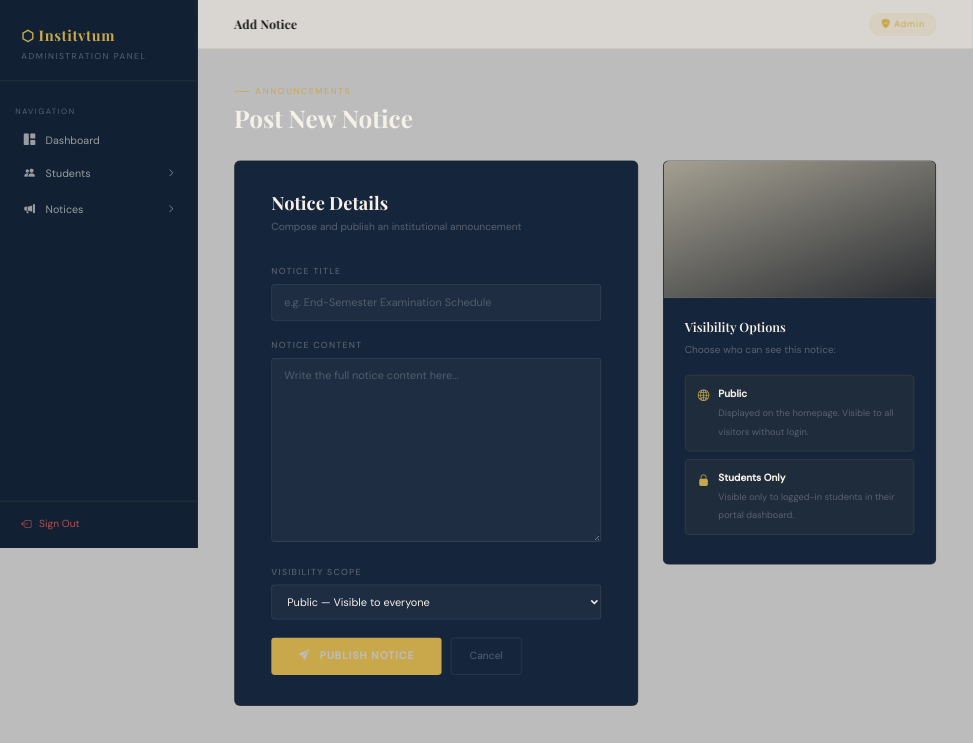
Repository: Yashaswini-penumarthi/x24262404-devops-project
Page: http://localhost/admin_panel/add_notice/
The author's editor kept a record of every edit. The page is drawn from the files as they stood at one moment, then again after the next edit.
The browser window is 1280 px wide. The pictures show the whole page, at 76% of full size.
Pictures or frames that could not be fetched are drawn as grey boxes. The page is served by the project's application, run on Django 4.2 (manage.py). Other server files are loaded and not shown. The page reads the database file committed with the project.

Above is the page before.

### templates/admin/admin_notice.html
{% extends 'admin/admin_base.html' %}

{% block title %}Admin — Add Notice{% endblock %}
{% block top_title %}Add Notice{% endblock %}

{% block body %}
<style>
  .add-page {
    display: grid;
    grid-template-columns: 1fr 360px;
    gap: 32px;
    align-items: start;
  }
  .info-aside {
    background: var(--panel);
    border: 1px solid var(--border);
    border-radius: 8px;
    overflow: hidden;
    position: sticky;
    top: 80px;
  }
  .aside-visual {
    width: 100%;
    height: 180px;
    background:
      linear-gradient(160deg, rgba(201,168,76,0.15), rgba(13,17,23,0.8)),
      url('https://images.unsplash.com/photo-1588681664899-f142ff2dc9b1?w=600&q=80') center/cover no-repeat;
  }
  .aside-body { padding: 28px; }
  .aside-body h3 {
    font-family: 'Playfair Display', serif;
    font-size: 1.05rem;
    font-weight: 600;
    color: var(--cream);
    margin-bottom: 10px;
  }
  .aside-body p { font-size: 0.83rem; color: var(--muted); line-height: 1.7; margin-bottom: 20px; }
  .scope-card {
    background: rgba(201,168,76,0.06);
    border: 1px solid rgba(201,168,76,0.15);
    border-radius: 6px;
    padding: 14px 16px;
    margin-bottom: 10px;
    display: flex;
    gap: 12px;
    align-items: flex-start;
  }
  .scope-card i { color: var(--gold); font-size: 0.95rem; margin-top: 2px; }
  .scope-card strong { display: block; font-size: 0.82rem; color: var(--cream); margin-bottom: 3px; }
  .scope-card span { font-size: 0.76rem; color: var(--muted); line-height: 1.5; }
</style>

<div class="page-heading">
  <div class="eyebrow">Announcements</div>
  <h1>Post New Notice</h1>
</div>

<div class="add-page">
  <!-- FORM -->
  <div class="form-section">
    <h2>Notice Details</h2>
    <p class="subtitle">Compose and publish an institutional announcement</p>

    <form action="{% url 'add_notice' %}" method="post">
      {% csrf_token %}

      <div class="field-group">
        <label class="field-label">Notice Title</label>
        <input type="text" name="notice_title" class="field-input" placeholder="e.g. End-Semester Examination Schedule" required>
      </div>

      <div class="field-group">
        <label class="field-label">Notice Content</label>
        <textarea name="notice_content" class="field-input" rows="10" placeholder="Write the full notice content here..." required></textarea>
      </div>

      <div class="field-group">
        <label class="field-label">Visibility Scope</label>
        <select name="notice_status" class="field-input">
          <option value="True">Public — Visible to everyone</option>
          <option value="False">Students Only — Visible after login</option>
        </select>
      </div>


      <div style="display:flex;gap:12px;margin-top:12px;">
        <button type="submit" class="btn-submit">
          <i class="bi bi-send-fill" style="margin-right:8px;"></i> Publish Notice
        </button>
        <a href="{% url 'manage_notices' %}" style="display:inline-flex;align-items:center;gap:8px;padding:13px 24px;border:1px solid rgba(255,255,255,0.1);border-radius:4px;color:var(--muted);font-size:0.85rem;text-decoration:none;" onmouseover="this.style.color='var(--cream)'" onmouseout="this.style.color='var(--muted)'">Cancel</a>
      </div>
    </form>
  </div>

  <!-- ASIDE -->
  <div class="info-aside">
    <div class="aside-visual"></div>
    <div class="aside-body">
      <h3>Visibility Options</h3>
      <p>Choose who can see this notice:</p>
      <div class="scope-card">
        <i class="bi bi-globe2"></i>
        <div>
          <strong>Public</strong>
          <span>Displayed on the homepage. Visible to all visitors without login.</span>
        </div>
      </div>
      <div class="scope-card">
        <i class="bi bi-lock-fill"></i>
        <div>
          <strong>Students Only</strong>
          <span>Visible only to logged-in students in their portal dashboard.</span>
        </div>
      </div>
    </div>
  </div>
</div>
{% endblock %}

### main/views.py
"""Views for the main Django application."""

# pylint: disable=no-member,invalid-name,redefined-builtin,too-many-locals,unused-variable,unused-argument

from django.shortcuts import render, redirect
from .models import AboutPage, ContactPage, Student, Notice, Teacher
from .forms import StudentLoginForm


def home(request):
    """Render home page with public notices."""
    publicNotices = Notice.objects.filter(isPublic=True)
    data = {"public_notices": publicNotices}
    return render(request, 'home.html', data)


def about(request):
    """Render about page."""
    about_text = AboutPage.objects.all()
    data = {"aboutDetails": about_text}
    return render(request, 'about.html', data)


def contact(request):
    """Render contact page."""
    contact_text = ContactPage.objects.all()
    data = {"contactDetails": contact_text}
    return render(request, 'contact.html', data)


def adminPanel(request):
    """Admin dashboard."""
    if 'admin_user' in request.session:
        all_students = Student.objects.all()
        all_teachers = Teacher.objects.all()
        data = {'students': all_students, 'teachers': all_teachers}
        return render(request, 'admin/admin_panel.html', data)
    return redirect('admin_login')


def adminLogin(request):
    """Admin login."""
    if request.method == 'POST':
        admin_email = request.POST['email']
        admin_pwd = request.POST['pwd']

        if admin_email == "admin@gmail.com" and admin_pwd == "admin@123":
            request.session['admin_user'] = admin_email
            return redirect('admin_panel')
        return redirect('admin_login')

    return render(request, 'admin/admin_login.html')


def adminLogout(request):
    """Admin logout."""
    request.session.pop('admin_user', None)
    return redirect('admin_login')


def adminAbout(request):
    """Admin about page."""
    about_details = AboutPage.objects.all()
    data = {"aboutDetails": about_details}
    return render(request, 'admin/admin_about.html', data)


def updateAbout(request, id):
    """Update about page content."""
    if request.method == 'POST':
        aboutText = request.POST['text']
        about_obj = AboutPage.objects.get(id=id)
        about_obj.about = aboutText
        about_obj.save()
    return redirect('admin_about')


def adminContact(request):
    """Admin contact page."""
    contact_details = ContactPage.objects.all()
    data = {"contactDetails": contact_details}
    return render(request, 'admin/admin_contact.html', data)


def updateContact(request, id):
    """Update contact page."""
    if request.method == 'POST':
        contactAddress = request.POST['address']
        contactEmail = request.POST['email']
        contactNumber = request.POST['contact']
        contact_obj = ContactPage.objects.get(id=id)
        contact_obj.address = contactAddress
        contact_obj.email = contactEmail
        contact_obj.contact_num = contactNumber
        contact_obj.save()
    return redirect('admin_contact')


def addStudent(request):
    """Add new student."""
    if request.method == 'POST':
        fullName = request.POST['full_name']
        fatherName = request.POST['f_name']
        motherName = request.POST['m_name']
        gender = request.POST['gender']
        address = request.POST['address']
        city = request.POST['city']
        stuEmail = request.POST['stu_email']
        contactNum = request.POST['contact_number']
        dob = request.POST['dob']
        course = request.POST['course']
        studentId = request.POST['stu_id']
        studentUserName = request.POST['stu_user_name']
        studentPassword = request.POST['stu_pwd']

        add_student = Student.objects.create(
            full_name=fullName,
            father_name=fatherName,
            mother_name=motherName,
            gender=gender,
            address=address,
            city=city,
            email=stuEmail,
            contact_num=contactNum,
            date_of_birth=dob,
            course=course,
            stu_id=studentId,
            user_name=studentUserName,
            password=studentPassword
        )

        add_student.save()
    return render(request, 'admin/new_student.html')


def manageStudent(request):
    """Manage students."""
    all_students = Student.objects.all()
    data = {"students": all_students}
    return render(request, 'admin/manage_students.html', data)


def updateStudent(request, id):
    """Update student details."""
    if request.method == 'POST':
        student_obj = Student.objects.get(id=id)

        fullName = request.POST['full_name']
        fatherName = request.POST['f_name']
        motherName = request.POST['m_name']
        gender = request.POST['gender']
        address = request.POST['address']
        city = request.POST['city']
        stuEmail = request.POST['stu_email']
        contactNum = request.POST['contact_number']
        dob = request.POST['dob'] or student_obj.date_of_birth
        course = request.POST['course'] or student_obj.course
        studentId = request.POST['stu_id']
        studentUserName = request.POST['stu_user_name']
        studentPassword = request.POST['stu_pwd']

        student_obj.full_name = fullName
        student_obj.father_name = fatherName
        student_obj.mother_name = motherName
        student_obj.gender = gender
        student_obj.address = address
        student_obj.city = city
        student_obj.email = stuEmail
        student_obj.contact_num = contactNum
        student_obj.date_of_birth = dob
        student_obj.course = course
        student_obj.stu_id = studentId
        student_obj.user_name = studentUserName
        student_obj.password = studentPassword

        student_obj.save()
    return redirect('manage_students')


def deleteStudent(request, id):
    """Delete student."""
    if 'admin_user' in request.session:
        stu_obj = Student.objects.get(id=id)
        stu_obj.delete()
    return redirect('manage_students')


# def addNotice(request):
#     courses = Student.objects.values_list('course', flat=True).distinct()

#     if request.method == 'POST':
#         noticeTitle = request.POST['notice_title']
#         noticeContent = request.POST['notice_content']
#         isPublic = request.POST['notice_status'] == "True"
#         course = request.POST.get('course')

#         Notice.objects.create(
#             title=noticeTitle,
#             content=noticeContent,
#             isPublic=isPublic,
#             course=course
#         )

#     return render(request, "admin/admin_notice.html", {"courses": courses})

from django.core.mail import send_mail
from django.conf import settings

def addNotice(request):
    courses = Student.objects.values_list('course', flat=True).distinct()

    if request.method == 'POST':
        noticeTitle = request.POST['notice_title']
        noticeContent = request.POST['notice_content']
        isPublic = request.POST['notice_status'] == "True"
        course = request.POST.get('course')

        # Save notice
        notice = Notice.objects.create(
            title=noticeTitle,
            content=noticeContent,
            isPublic=isPublic,
            course=course
        )

        # Fetch students based on course
        if isPublic:
            students = Student.objects.all()
        else:
            students = Student.objects.filter(course=course)

        # Extract emails
        email_list = list(students.values_list('email', flat=True))

        # Send email
        if email_list:
            send_mail(
                subject=f"New Notice: {noticeTitle}",
                message=noticeContent,
                from_email=settings.EMAIL_HOST_USER,
                recipient_list=email_list,
                fail_silently=False,
            )

    return render(request, "admin/admin_notice.html", {"courses": courses})



def manageNotices(request):
    all_notices = Notice.objects.all()
    courses = Student.objects.values_list('course', flat=True).distinct()

    return render(request, 'admin/manage_notices.html', {
        'notices': all_notices,
        'courses': courses
    })


def deleteNotice(request, id):
    """Delete notice."""
    if 'admin_user' in request.session:
        notice_obj = Notice.objects.get(id=id)
        notice_obj.delete()
    return redirect('manage_notices')


# def updateNotice(request, id):
#     """Update notice."""
#     if request.method == 'POST':
#         title = request.POST['title']
#         content = request.POST['content']
#         status = request.POST['status']

#         notice_obj = Notice.objects.get(id=id)
#         notice_obj.title = title
#         notice_obj.content = content
#         notice_obj.isPublic = status

#         notice_obj.save()
#     return redirect('manage_notices')


def updateNotice(request, id):
    if request.method == 'POST':
        notice_obj = Notice.objects.get(id=id)

        notice_obj.title = request.POST['title']
        notice_obj.content = request.POST['content']
        notice_obj.isPublic = request.POST['status'] == "True"
        notice_obj.course = request.POST.get('course')

        notice_obj.save()

    return redirect('manage_notices')

def addTeacher(request):
    """Add teacher."""
    if request.method == 'POST':
        full_name = request.POST['full_name']
        gender = request.POST['gender']
        email = request.POST['email']
        contact_num = request.POST['contact_number']
        qualification = request.POST['qualification']

        add_teacher = Teacher.objects.create(
            full_name=full_name,
            gender=gender,
            email=email,
            contact_num=contact_num,
            qualification=qualification
        )
        add_teacher.save()
    return render(request, 'admin/add_teacher.html')


def manageTeachers(request):
    """Manage teachers."""
    all_teachers = Teacher.objects.all()
    data = {"teachers": all_teachers}
    return render(request, 'admin/manage_teachers.html', data)


def deleteTeacher(request, id):
    """Delete teacher."""
    teacher_obj = Teacher.objects.get(id=id)
    teacher_obj.delete()
    return redirect('manage_teachers')


def studentLogin(request):
    """Student login."""
    if 'student_user' in request.session:
        return redirect('student_dashboard')

    form = StudentLoginForm()

    if request.method == "POST":
        form = StudentLoginForm(request.POST)

        if form.is_valid():
            user_name = form.cleaned_data['userName']
            student_pwd = form.cleaned_data['stuPwd']

            stu_exists = Student.objects.filter(
                user_name=user_name,
                password=student_pwd
            ).exists()

            if stu_exists:
                request.session['student_user'] = user_name
                return redirect('student_dashboard')

            form.add_error(None, "Invalid username or password")

    return render(request, 'student/student_login.html', {'form': form})


def studentDashboard(request):
    """Student dashboard."""
    if 'student_user' in request.session:
        student_in_session = Student.objects.get(
            user_name=request.session['student_user']
        )
        data = {"student": student_in_session}
        return render(request, 'student/student_dashboard.html', data)

    return redirect('student_login')


def studentLogout(request):
    """Student logout."""
    request.session.pop('student_user', None)
    return redirect('student_login')


def updateFaculty(request, id):
    """Update faculty."""
    if request.method == 'POST':
        full_name = request.POST['full_name']
        email = request.POST['email']
        contactNumber = request.POST['contact_number']
        gender = request.POST['gender']
        qualification = request.POST['qualification']

        teacher_obj = Teacher.objects.get(id=id)
        teacher_obj.full_name = full_name
        teacher_obj.email = email
        teacher_obj.contact_num = contactNumber
        teacher_obj.gender = gender
        teacher_obj.qualification = qualification
        teacher_obj.save()
    return redirect('manage_teachers')


# def viewNotices(request):
#     """Student view notices."""
#     if 'student_user' in request.session:
#         student_notice = Notice.objects.filter(isPublic=False)
#         data = {"notices": student_notice}
#         return render(request, 'student/view_notices.html', data)

#     return redirect('student_login')


from django.db.models import Q

def viewNotices(request):
    """Student view notices."""
    if 'student_user' in request.session:
        student = Student.objects.get(user_name=request.session['student_user'])

        student_notice = Notice.objects.filter(
            Q(isPublic=True) | Q(course=student.course)
        )

        data = {"notices": student_notice}
        return render(request, 'student/view_notices.html', data)

    return redirect('student_login')


def studentSettings(request):
    """Student settings"""
    if 'student_user' in request.session:
        student_obj = Student.objects.get(
            user_name=request.session['student_user']
        )
        data = {'student': student_obj}

        if request.method == 'POST':
            currentPwd = request.POST['current_pwd']
            new_pwd = request.POST['new_pwd']
            student_obj.password = new_pwd
            student_obj.save()
            return redirect('student_dashboard')

        return render(request, "student/student_settings.html", data)

    return redirect('student_login')

### notice/urls.py
from django.contrib import admin
from django.urls import path, include

urlpatterns = [
    path('admin/', admin.site.urls),
    path('', include('main.urls'))
]

### main/urls.py
from django.urls import path
from . import views

urlpatterns = [
    path('', views.home, name="home"),
    path('about/', views.about, name="about"),
    path('contact/', views.contact, name="contact"),
    path('admin_panel/dashboard', views.adminPanel, name="admin_panel"),
    path('admin_panel/login/', views.adminLogin, name="admin_login"),
    path('admin_panel/logout/', views.adminLogout, name="admin_logout"),
    path('student/login/', views.studentLogin, name="student_login"),
    path('admin_panel/add_student/', views.addStudent, name="add_student"),
    path('admin_panel/about/', views.adminAbout, name="admin_about"),
    path('admin_panel/update_about/<str:id>/', views.updateAbout, name="update_about"),
    path('admin_panel/contact/', views.adminContact, name="admin_contact"),
    path('admin_panel/update_contact/<str:id>/', views.updateContact, name="update_contact"),
    path('admin_panel/manage_students/', views.manageStudent, name="manage_students"),
    path('admin_panel/update_student/<str:id>/', views.updateStudent, name="update_student"),
    path('admin_panel/delete_student/<str:id>/', views.deleteStudent, name="delete_student"),
    path('admin_panel/add_notice/', views.addNotice, name="add_notice"),
    path('admin_panel/manage_notices/', views.manageNotices, name="manage_notices"),
    path('admin_panel/delete_notice/<str:id>/', views.deleteNotice, name="delete_notice"),
    path('admin_panel/update_notice/<str:id>/', views.updateNotice, name="update_notice"),
    path('admin_panel/add_teacher/', views.addTeacher, name="add_teacher"),
    path('admin_panel/manage_teacher/', views.manageTeachers, name="manage_teachers"),
    path('admin_panel/delete_teacher/<str:id>/', views.deleteTeacher, name="delete_teacher"),
    path('student/dashboard/', views.studentDashboard, name="student_dashboard"),
    path('student/logout/', views.studentLogout, name="student_logout"),
    path('student/update_teacher/<str:id>/', views.updateFaculty, name="update_teacher"),
    path('student/view_notices/', views.viewNotices, name="view_notices"),
    path('student/student_settings/', views.studentSettings, name="student_settings")
]

### db.sqlite3 (the tables this page reads, as SQL)
CREATE TABLE "main_student" ("id" integer NOT NULL PRIMARY KEY AUTOINCREMENT, "full_name" varchar(100) NOT NULL, "address" varchar(100) NOT NULL, "city" varchar(50) NOT NULL, "contact_num" integer NOT NULL, "course" varchar(50) NOT NULL, "date_of_birth" date NOT NULL, "email" varchar(254) NOT NULL, "father_name" varchar(100) NOT NULL, "mother_name" varchar(100) NOT NULL, "password" varchar(100) NOT NULL, "stu_id" varchar(50) NOT NULL, "user_name" varchar(50) NOT NULL, "gender" varchar(50) NOT NULL);
INSERT INTO "main_student" VALUES
(10, 'max', 'sector 8', 'dublin', 3625147485, 'MBA', '2004-02-09', 'siddheshb676@gmail.com', 'sam', 'tina', 'max@123', '8547854785', 'max', 'Male'),
(11, 'sid', 'dublin', 'dublin', 3698523652, 'BTECH', '2001-09-22', 'student@gmail.com', 'john', 'maria', 'test@123', '123458596', 'sid', 'Male'),
(12, 'student', 'dublin', 'dublin', 5214521236, 'MBA', '2000-01-01', 'projectmail2425@gmail.com', 'test', 'test', 'student@123', '1254125632', 'student', 'Female');

Loaded but not shown: templates/admin/admin_base.html (442 lines, source omitted)

After the next edit:
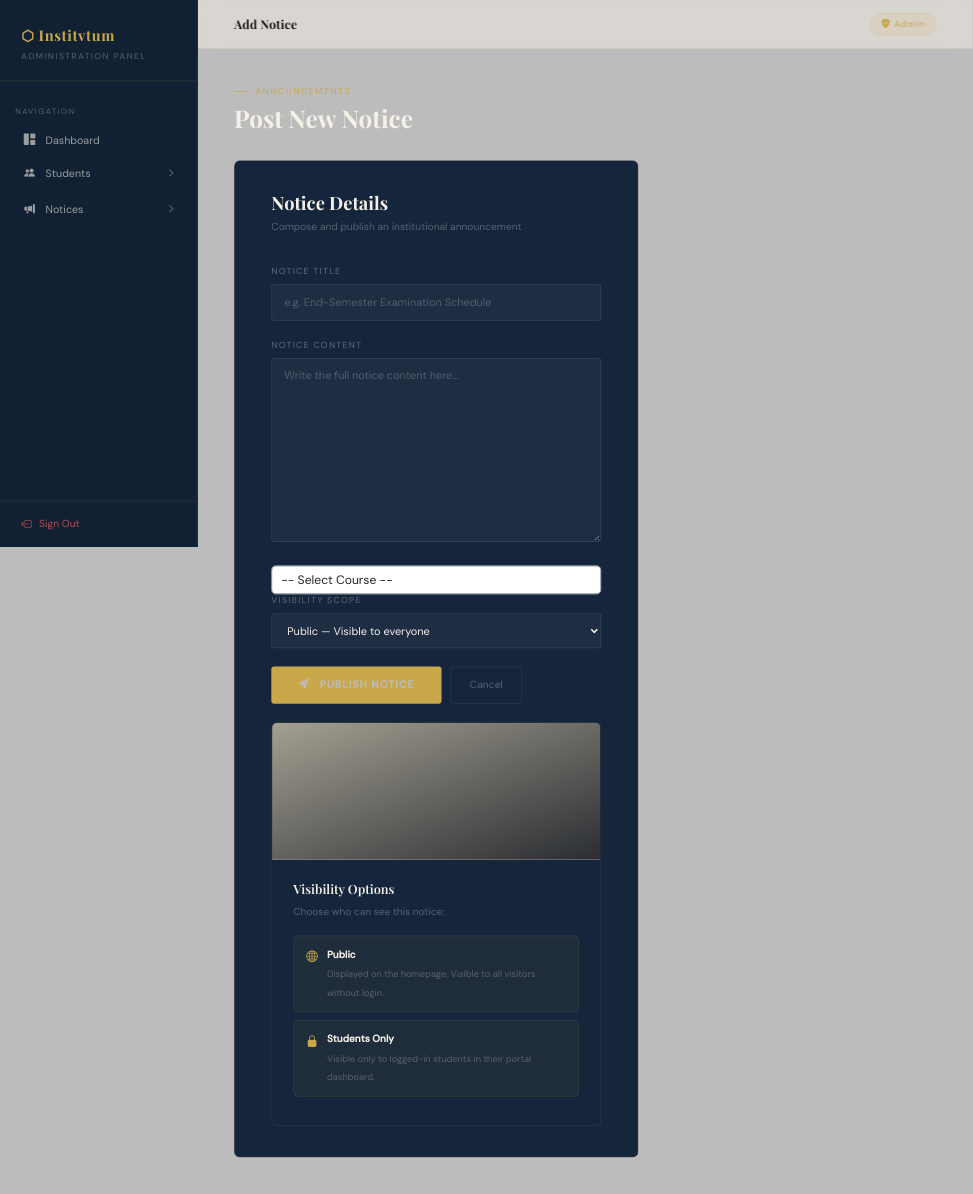
The edit:
--- a/templates/admin/admin_notice.html
+++ b/templates/admin/admin_notice.html
@@ -75,6 +75,14 @@
       </div>
 
       <div class="field-group">
+      <select name="course" class="form-control">
+          <option value="">-- Select Course --</option>
+          {% for course in courses %}
+              <option value="{{ course }}">{{ course }}</option>
+          {% endfor %}
+      </select>
+
+      <div class="field-group">
         <label class="field-label">Visibility Scope</label>
         <select name="notice_status" class="field-input">
           <option value="True">Public — Visible to everyone</option>
